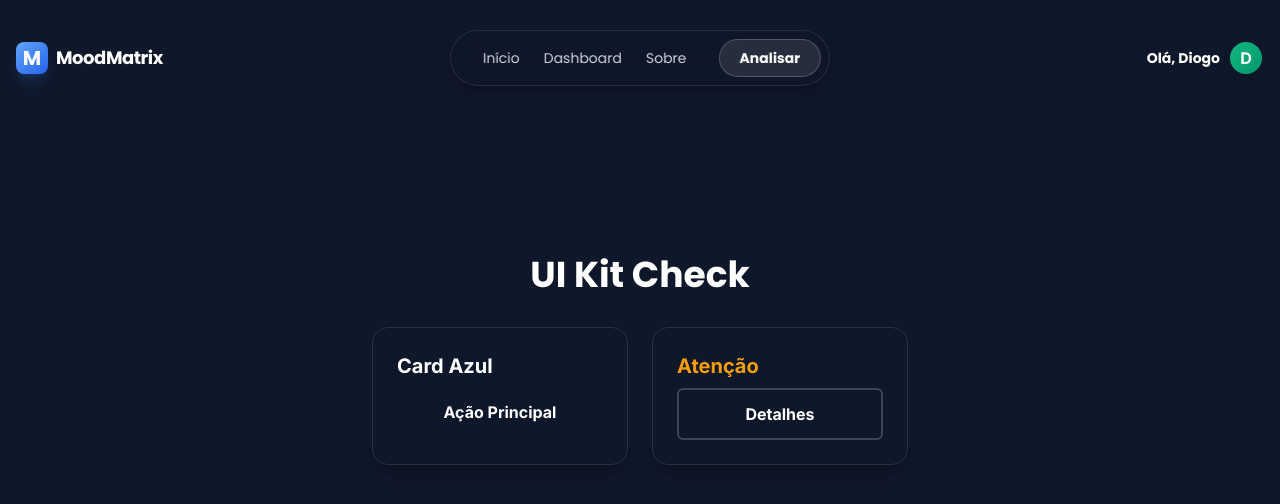
Repository: Hackaton-ONE/hackathon-Frontend
Page: /
An editor plug-in stored every save of this project. The page is shown before and after a run of saves, followed by the edit.
The browser window is 1280 px wide. The pictures show the whole page.
The project was rebuilt for these pictures with package versions that can differ from the ones it lists, and the page was loaded fresh each time. The framework's server and built-in components were replaced by stand-ins that run in the browser. Also part of the build but not shown: next.config.ts.

Above is the page before, as saved 2026-01-01 15:21:11.

After the next 2 saves:
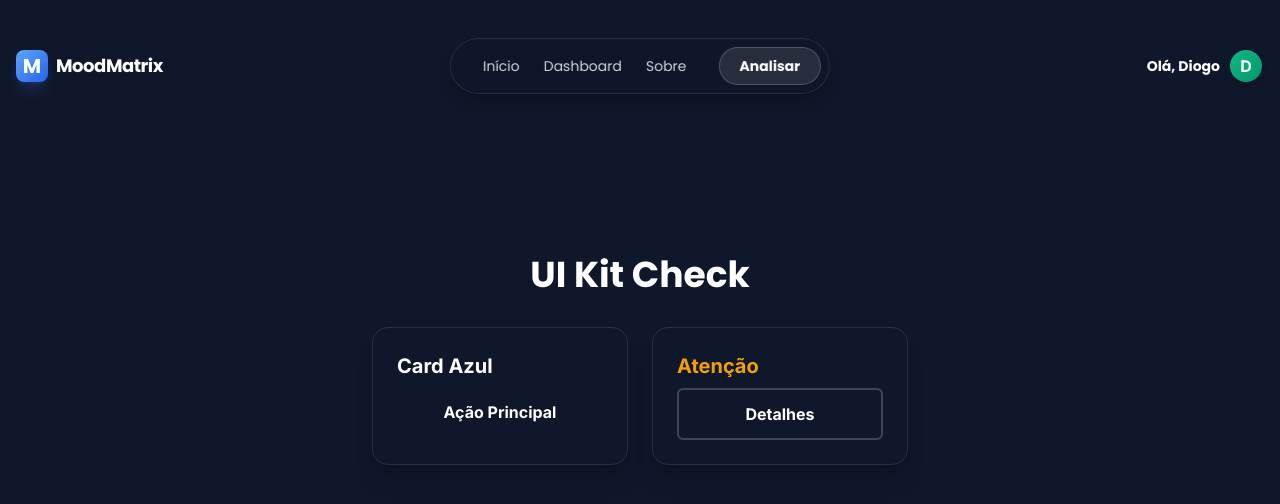
The 2 saves are shown as one change because they came seconds apart.
The last was saved 12 s later.
--- a/components/Navbar.tsx
+++ b/components/Navbar.tsx
@@ -20,7 +20,7 @@ export function Navbar() {
 
   return (
     // Container Principal (Largura Total)
-    <div className="fixed top-0 left-0 w-full z-50 px-4 py-10">
+    <div className="fixed top-0 left-0 w-full z-50 px-4 py-12">
       <div className="max-w-7xl mx-auto relative flex items-center justify-between">
 
         {/* =======================
